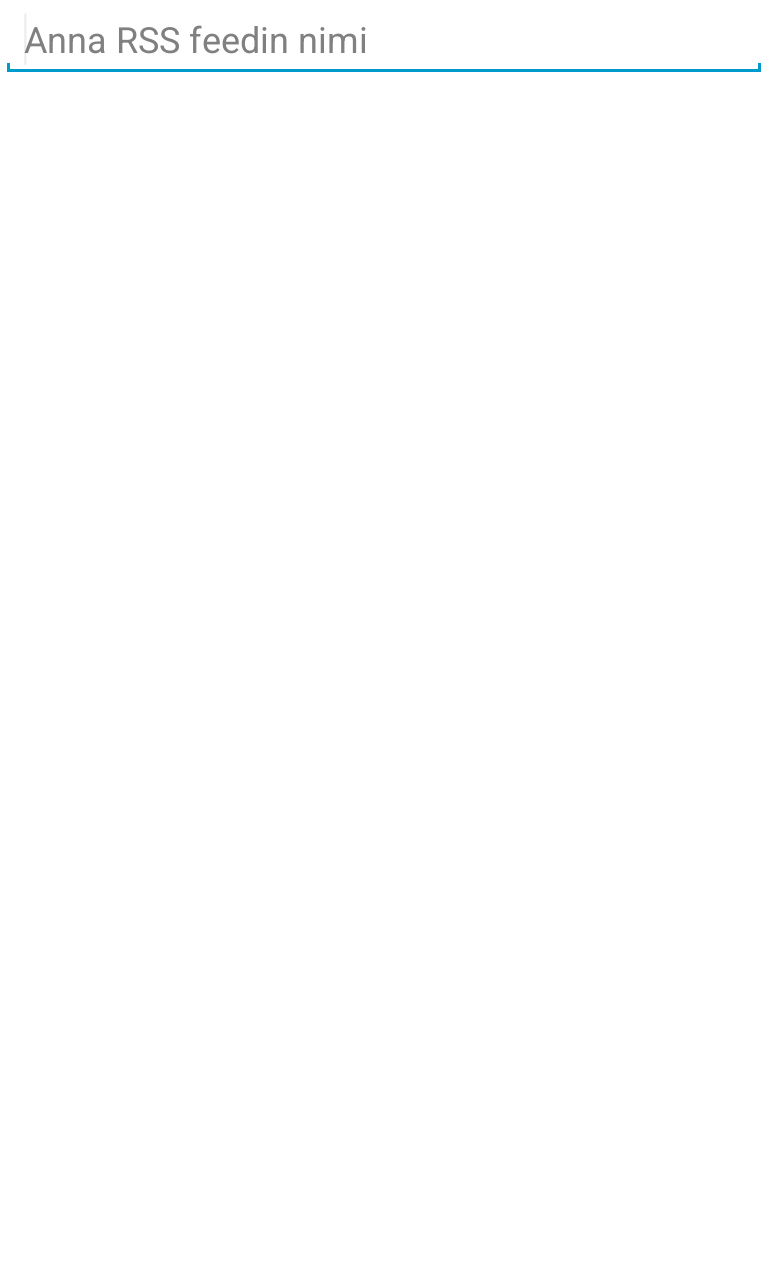
Repository: ringuh/SuntikkaRSS
Layout: SuntikkaRSS/res/layout/add_feed.xml
The author's editor kept a copy of each file at every save. The layout is drawn from the files as they stood at one save, then again after the next save.
It is drawn on a 768 x 1280 px phone screen (xhdpi) without system bars, with theme AppTheme; the app's code is not run.

Above is the layout before, as saved 2014-09-09 06:58:29.

### SuntikkaRSS/res/layout/add_feed.xml
<LinearLayout xmlns:android="http://schemas.android.com/apk/res/android"
    android:id="@+id/LinearLayout1"
    android:layout_width="match_parent"
    android:layout_height="match_parent"
    android:orientation="vertical" >


        <EditText
            android:id="@+id/editFeedName"
            android:layout_width="match_parent"
            android:layout_height="wrap_content"
            android:hint="@string/editfeedname"
            android:ems="15" >

            <requestFocus />
        </EditText>



</LinearLayout>

### SuntikkaRSS/res/values/strings.xml
<?xml version="1.0" encoding="utf-8"?>
<resources>

    <string name="app_name">SuntikkaRSS</string>
    <string name="hello_world">Hello world!</string>
    <string name="action_settings">Settings</string>
    <string name="background_title">bgtitle</string>
    <string name="toast_title">toasttitle</string>
    <string name="title_activity_add_feed">AddFeed</string>
    <string name="editfeedname">Anna RSS feedin nimi</string>

</resources>

Loaded but not shown: SuntikkaRSS/res/values/styles.xml (common file); SuntikkaRSS/res/values-v11/styles.xml (common file); SuntikkaRSS/res/values-v14/styles.xml (common file)

After the next save:
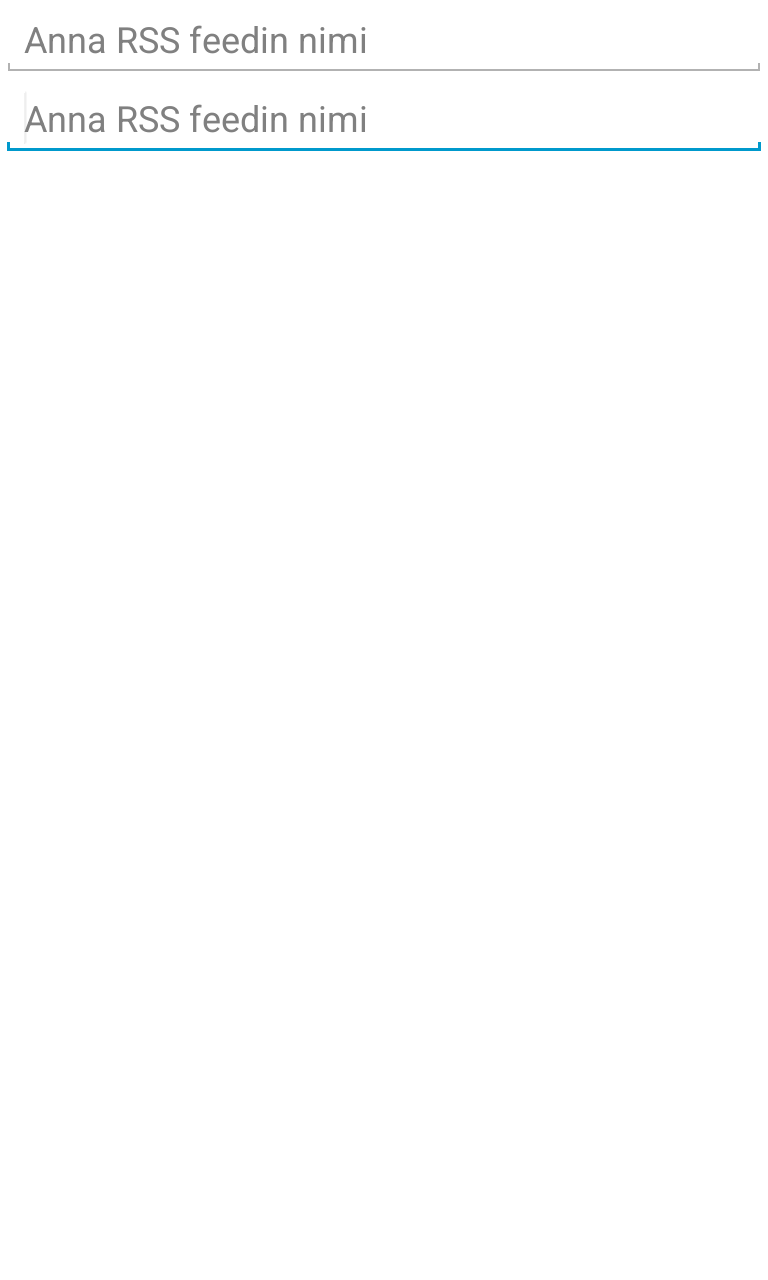
Saved 6 min 25 s later.
--- a/SuntikkaRSS/res/layout/add_feed.xml
+++ b/SuntikkaRSS/res/layout/add_feed.xml
@@ -1,20 +1,30 @@
 <LinearLayout xmlns:android="http://schemas.android.com/apk/res/android"
+    xmlns:tools="http://schemas.android.com/tools"
     android:id="@+id/LinearLayout1"
     android:layout_width="match_parent"
     android:layout_height="match_parent"
     android:orientation="vertical" >
 
+    <EditText
+        android:id="@+id/editFeedName"
+        android:layout_width="match_parent"
+        android:layout_height="wrap_content"
+        android:ems="15"
+        android:hint="@string/editfeedname"
+        tools:ignore="HardcodedText" >
 
-        <EditText
-            android:id="@+id/editFeedName"
-            android:layout_width="match_parent"
-            android:layout_height="wrap_content"
-            android:hint="@string/editfeedname"
-            android:ems="15" >
+        <requestFocus />
+    </EditText>
 
-            <requestFocus />
-        </EditText>
+    <EditText
+        android:id="@+id/editFeedName"
+        android:layout_width="match_parent"
+        android:layout_height="wrap_content"
+        android:ems="15"
+        android:hint="@string/editfeedname"
+        tools:ignore="HardcodedText" >
 
-
+        <requestFocus />
+    </EditText>
 
 </LinearLayout>
